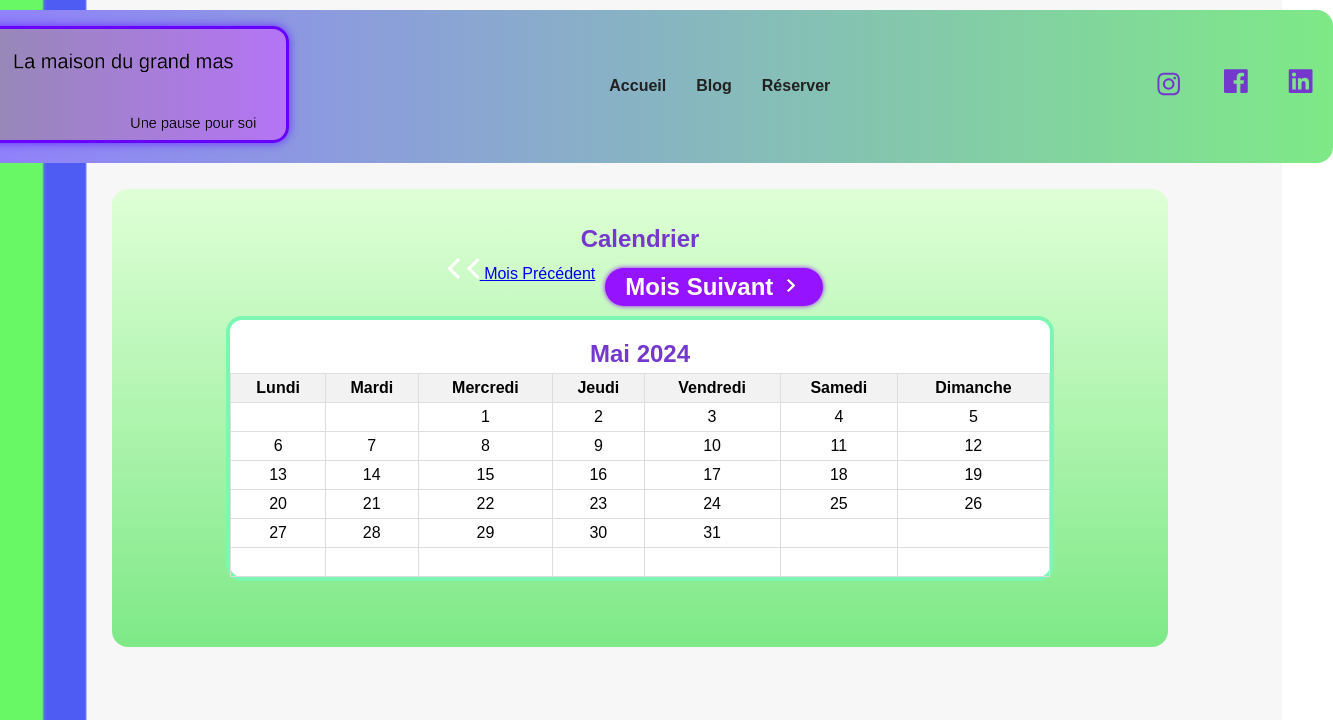
Repository: Crosnierpaul/Les_Rangers_de_Pouvoir
Page: http://localhost/entretien
An editor plug-in stored every save of this project. The page is shown before and after the next save, followed by the edit.
The browser window is 1280 px wide. The page is 1333 px wide, so the pictures cover 1333 px, including what lies to the right of the window. The pictures show the whole page.
The page is served by the project's Node server (site/server.js). Other server files are loaded and not shown.

Above is the page before, as saved 2024-05-07 10:23:12.

### site/public/views/entretien.ejs
<!DOCTYPE html>
<html lang="fr">
<head>
    <meta charset="UTF-8">
    <meta name="viewport" content="width=device-width, initial-scale=1.0">
    <link rel="stylesheet" href="css/entretien.css">
    <link rel="stylesheet" href="css/style.css">
    <title>Calendrier</title>
</head>
<body>
    <%- include('navbar') %>

    <section>
        <h1>Calendrier</h1>

        <div class="btn-section">

              <div class="btn-containerleft" onclick="prevMonth()">
                <a class="btn-contentleft" href="#">
                    <span class="icon-arrowleft"></span>

                        <svg width="33px" height="21px" viewBox="0 0 66 43" version="1.1" xmlns="http://www.w3.org/2000/svg" xmlns:xlink="http://www.w3.org/1999/xlink">
                            <g id="arrow" stroke="none" stroke-width="1" fill="none" fill-rule="evenodd">
                                <path id="arrow-icon-one" d="M25.8456067,3.89485454 L22.0236851,0.139296592 C21.8291689,-0.0518420739 21.5173671,-0.0518571125 21.3228325,0.139262789 L0.308386581,20.7848311 C-0.0855800613,21.1718824 -0.0911862566,21.8050225 0.295865025,22.1989893 C0.299981196,22.2031791 0.304134271,22.2073326 0.308323769,22.2114492 L21.322902,42.8607841 C21.5174043,43.0519059 21.8291758,43.0519358 22.0237147,42.8608513 L25.8454814,39.1069479 C26.0424848,38.9134427 26.0453207,38.5968729 25.8518155,38.3998695 C25.8497107,38.3977268 25.8475868,38.395603 25.8454438,38.3934985 L9.0062211,21.8567812 C8.80919724,21.6632968 8.80632797,21.3467273 8.99981237,21.1497035 C9.00193532,21.1475418 9.00407769,21.1453995 9.00623949,21.1432767 L25.8454792,4.60825197 C26.0425131,4.41477773 26.0453987,4.09820839 25.8519244,3.90117456 C25.8498374,3.89904911 25.8477314,3.89694235 25.8456067,3.89485454 Z" fill="#FFFFFF"></path>
                                <path id="arrow-icon-two" d="M45.8456067,3.89485454 L42.0236851,0.139296592 C41.8291689,-0.0518420739 41.5173671,-0.0518571125 41.3228325,0.139262789 L20.3083866,20.7848311 C19.9144199,21.1718824 19.9088137,21.8050225 20.295865,22.1989893 C20.2999812,22.2031791 20.3041343,22.2073326 20.3083238,22.2114492 L41.322902,42.8607841 C41.5174043,43.0519059 41.8291758,43.0519358 42.0237147,42.8608513 L45.8454814,39.1069479 C46.0424848,38.9134427 46.0453207,38.5968729 45.8518155,38.3998695 C45.8497107,38.3977268 45.8475868,38.395603 45.8454438,38.3934985 L29.0062211,21.8567812 C28.8091972,21.6632968 28.806328,21.3467273 28.9998124,21.1497035 C29.0019353,21.1475418 29.0040777,21.1453995 29.0062395,21.1432767 L45.8454792,4.60825197 C46.0425131,4.41477773 46.0453987,4.09820839 45.8519244,3.90117456 C45.8498374,3.89904911 45.8477314,3.89694235 45.8456067,3.89485454 Z" fill="#FFFFFF"></path>
                                <path id="arrow-icon-three" d="M65.8456067,3.89485454 L62.0236851,0.139296592 C61.8291689,-0.0518420739 61.5173671,-0.0518571125 61.3228325,0.139262789 L40.3083866,20.7848311 C39.9144199,21.1718824 39.9088137,21.8050225 40.295865,22.1989893 C40.2999812,22.2031791 40.3041343,22.2073326 40.3083238,22.2114492 L61.322902,42.8607841 C61.5174043,43.0519059 61.8291758,43.0519358 62.0237147,42.8608513 L65.8454814,39.1069479 C66.0424848,38.9134427 66.0453207,38.5968729 65.8518155,38.3998695 C65.8497107,38.3977268 65.8475868,38.395603 65.8454438,38.3934985 L49.0062211,21.8567812 C48.8091972,21.6632968 48.806328,21.3467273 48.9998124,21.1497035 C49.0019353,21.1475418 49.0040777,21.1453995 49.0062395,21.1432767 L65.8454792,4.60825197 C66.0425131,4.41477773 66.0453987,4.09820839 65.8519244,3.90117456 C65.8498374,3.89904911 65.8477314,3.89694235 65.8456067,3.89485454 Z" fill="#FFFFFF"></path>
                            </g>
                        </svg>
                    </span>
                    <span class="btn-title">Mois Précédent</span>
                </a>
            </div>
             <div class="btn-container" onclick="nextMonth()"">
                <a class="btn-content" href="#">
                  <span class="btn-title">Mois Suivant</span>
                  <span class="icon-arrow">
                    <svg width="33px" height="21px" viewBox="0 0 66 43" version="1.1" xmlns="http://www.w3.org/2000/svg" xmlns:xlink="http://www.w3.org/1999/xlink">
                      <g id="arrow" stroke="none" stroke-width="1" fill="none" fill-rule="evenodd">
                        <path id="arrow-icon-one" d="M40.1543933,3.89485454 L43.9763149,0.139296592 C44.1708311,-0.0518420739 44.4826329,-0.0518571125 44.6771675,0.139262789 L65.6916134,20.7848311 C66.0855801,21.1718824 66.0911863,21.8050225 65.704135,22.1989893 C65.7000188,22.2031791 65.6958657,22.2073326 65.6916762,22.2114492 L44.677098,42.8607841 C44.4825957,43.0519059 44.1708242,43.0519358 43.9762853,42.8608513 L40.1545186,39.1069479 C39.9575152,38.9134427 39.9546793,38.5968729 40.1481845,38.3998695 C40.1502893,38.3977268 40.1524132,38.395603 40.1545562,38.3934985 L56.9937789,21.8567812 C57.1908028,21.6632968 57.193672,21.3467273 57.0001876,21.1497035 C56.9980647,21.1475418 56.9959223,21.1453995 56.9937605,21.1432767 L40.1545208,4.60825197 C39.9574869,4.41477773 39.9546013,4.09820839 40.1480756,3.90117456 C40.1501626,3.89904911 40.1522686,3.89694235 40.1543933,3.89485454 Z" fill="#FFFFFF"></path>
                        <path id="arrow-icon-two" d="M20.1543933,3.89485454 L23.9763149,0.139296592 C24.1708311,-0.0518420739 24.4826329,-0.0518571125 24.6771675,0.139262789 L45.6916134,20.7848311 C46.0855801,21.1718824 46.0911863,21.8050225 45.704135,22.1989893 C45.7000188,22.2031791 45.6958657,22.2073326 45.6916762,22.2114492 L24.677098,42.8607841 C24.4825957,43.0519059 24.1708242,43.0519358 23.9762853,42.8608513 L20.1545186,39.1069479 C19.9575152,38.9134427 19.9546793,38.5968729 20.1481845,38.3998695 C20.1502893,38.3977268 20.1524132,38.395603 20.1545562,38.3934985 L36.9937789,21.8567812 C37.1908028,21.6632968 37.193672,21.3467273 37.0001876,21.1497035 C36.9980647,21.1475418 36.9959223,21.1453995 36.9937605,21.1432767 L20.1545208,4.60825197 C19.9574869,4.41477773 19.9546013,4.09820839 20.1480756,3.90117456 C20.1501626,3.89904911 20.1522686,3.89694235 20.1543933,3.89485454 Z" fill="#FFFFFF"></path>
                        <path id="arrow-icon-three" d="M0.154393339,3.89485454 L3.97631488,0.139296592 C4.17083111,-0.0518420739 4.48263286,-0.0518571125 4.67716753,0.139262789 L25.6916134,20.7848311 C26.0855801,21.1718824 26.0911863,21.8050225 25.704135,22.1989893 C25.7000188,22.2031791 25.6958657,22.2073326 25.6916762,22.2114492 L4.67709797,42.8607841 C4.48259567,43.0519059 4.17082418,43.0519358 3.97628526,42.8608513 L0.154518591,39.1069479 C-0.0424848215,38.9134427 -0.0453206733,38.5968729 0.148184538,38.3998695 C0.150289256,38.3977268 0.152413239,38.395603 0.154556228,38.3934985 L16.9937789,21.8567812 C17.1908028,21.6632968 17.193672,21.3467273 17.0001876,21.1497035 C16.9980647,21.1475418 16.9959223,21.1453995 16.9937605,21.1432767 L0.15452076,4.60825197 C-0.0425130651,4.41477773 -0.0453986756,4.09820839 0.148075568,3.90117456 C0.150162624,3.89904911 0.152268631,3.89694235 0.154393339,3.89485454 Z" fill="#FFFFFF"></path>
                      </g>
                    </svg>
                  </span>
                </a>
              </div>
        </div>
        <div id="calendarContainer"></div>
        <div id="selectedContent"></div>
    </section>

    <script src="js/entretien.js"></script>
</body>
</html>

### site/public/css/entretien.css
.calendar {
    margin-bottom: 50px;
    width: 80%; /* Réduire la largeur du calendrier */
    margin-left: auto; /* Centrer le calendrier */
    margin-right: auto; /* Centrer le calendrier */
    background-color:#ffffff;
    border-radius: 1em;
    border: 4px solid #7bf7b3;
}

table {
    border-collapse: collapse;
    width: 100%;
}

th, td {
    border: 1px solid #dddddd;
    text-align: center;
    padding: 5px; /* Réduire l'espacement intérieur */
}

th {
    background-color: #f2f2f2;
}



td:hover {
    background-color: #f0f0f0; /* Couleur de fond lors du survol */
    cursor: pointer; /* Changement de curseur pour indiquer qu'il est cliquable */
}

td.selected {
    background-color: #c99aff; /* Couleur de fond grise pour les cellules sélectionnées */
    cursor: default; /* Désactiver le changement de curseur */
}

p {
    text-align: center;
}

section {
    margin: 1em auto; /* Centrer la section */
    max-width: 80%; /* Réduire la largeur maximale */
    --background: linear-gradient(to bottom, #dfffd6 0%, #7ee987 100%);
    background: var(--background);
    border-radius: 1em;
    padding: 1em;
}

.btn-section {
    display: flex;
    justify-content: center;
}

.btn-container {
    margin-left: 10px;
    margin-right: 10px;
    margin-top: 10px;
    margin-bottom: 10px;
    --color-text: #ffffff;
    --color-background: #9513ff;
    --color-outline: #9514ff80;
    --color-shadow: #00000080;
  }

  .btn-content {
    display: flex;
    align-items: center;
    padding: 5px 20px;
    text-decoration: none;
    font-family: 'Poppins', sans-serif;
    font-weight: 600;
    font-size: 24px;
    color: var(--color-text);
    background: var(--color-background);
    transition: 1s;
    border-radius: 100px;
    box-shadow: 0 0 0.2em 0 var(--color-background);
  }

  .btn-content:hover, .btn-content:focus {
    transition: 0.5s;
    -webkit-animation: btn-content 1s;
    animation: btn-content 1s;
    outline: 0.1em solid transparent;
    outline-offset: 0.2em;
    box-shadow: 0 0 0.4em 0 var(--color-background);
  }

  .btn-content .icon-arrow {
    transition: 0.5s;
    margin-right: 0px;
    transform: scale(0.6);
  }

  .btn-content:hover .icon-arrow {
    transition: 0.5s;
    margin-right: 25px;
  }

  .icon-arrow {
    width: 20px;
    margin-left: 10px;
    position: relative;
    top: 6%;
  }

  /* SVG */
  #arrow-icon-one {
    transition: 0.4s;
    transform: translateX(-60%);
  }

  #arrow-icon-two {
    transition: 0.5s;
    transform: translateX(-30%);
  }

  .btn-content:hover #arrow-icon-three {
    animation: color_anim 1s infinite 0.2s;
  }

  .btn-content:hover #arrow-icon-one {
    transform: translateX(0%);
    animation: color_anim 1s infinite 0.6s;
  }

  .btn-content:hover #arrow-icon-two {
    transform: translateX(0%);
    animation: color_anim 1s infinite 0.4s;
  }
  /* left version */

  .btn-content {
    display: flex;
    align-items: center;
    padding: 5px 20px;
    text-decoration: none;
    font-family: 'Poppins', sans-serif;
    font-weight: 600;
    font-size: 24px;
    color: var(--color-text);
    background: var(--color-background);
    transition: 1s;
    border-radius: 100px;
    box-shadow: 0 0 0.2em 0 var(--color-background);
  }

  .btn-content:hover, .btn-content:focus {
    transition: 0.5s;
    -webkit-animation: btn-content 1s;
    animation: btn-content 1s;
    outline: 0.1em solid transparent;
    outline-offset: 0.2em;
    box-shadow: 0 0 0.4em 0 var(--color-background);
  }

  .btn-content .icon-arrow {
    transition: 0.5s;
    margin-right: 0px;
    transform: scale(0.6);
  }

  .btn-content:hover .icon-arrow {
    transition: 0.5s;
    margin-right: 25px;
  }

  .icon-arrow {
    width: 20px;
    margin-left: 10px;
    position: relative;
    top: 6%;
  }

  .btn-content:hover #arrow-icon-three {
    animation: color_anim 1s infinite 0.2s;
  }

  .btn-content:hover #arrow-icon-one {
    transform: translateX(0%);
    animation: color_anim 1s infinite 0.6s;
  }

  .btn-content:hover #arrow-icon-two {
    transform: translateX(0%);
    animation: color_anim 1s infinite 0.4s;
  }


  /* SVG animations */
  @keyframes color_anim {
    0% {
      fill: white;
    }

    50% {
      fill: var(--color-background);
    }

    100% {
      fill: white;
    }
  }

  /* Button animations */
  @-webkit-keyframes btn-content {
    0% {
      outline: 0.2em solid var(--color-background);
      outline-offset: 0;
    }
  }

  @keyframes btn-content {
    0% {
      outline: 0.2em solid var(--color-background);
      outline-offset: 0;
    }
  }

### site/public/css/navbar.css
.start-header {
	opacity: 1;
	transform: translateY(0);
	padding: 20px 0;
	box-shadow: 0 10px 30px 0 rgba(138, 155, 165, 0.15);
	-webkit-transition : all 0.3s ease-out;
	transition : all 0.3s ease-out;
}

.start-header.scroll-on {
	box-shadow: 0 5px 10px 0 rgba(138, 155, 165, 0.15);
	padding: 10px 0;
	-webkit-transition : all 0.3s ease-out;
	transition : all 0.3s ease-out;
}

.start-header.scroll-on .navbar-brand img{
	height: 24px;
	-webkit-transition : all 0.3s ease-out;
	transition : all 0.3s ease-out;
}

.navigation-wrap{
	position: fixed;
	width: 100%;
	top: 0;
	left: 0;
	z-index: 1000;
	-webkit-transition : all 0.3s ease-out;
	transition : all 0.3s ease-out;
}

.navbar {
    padding: 10px 0;
    display: flex;
    justify-content: center;
	margin-left: 1em;
  	margin-right: 1em;
}

.navbar-toggler {
	float: right;
	border: none;
	padding-right: 0;
	padding-left: 0;
}

.navbar-toggler:active,
.navbar-toggler:focus {
	outline: none;
}

.navbar-light .navbar-toggler-icon {
	width: 24px;
	height: 17px;
	background-image: none;
	position: relative;
	border-bottom: 1px solid #000;
    transition: all 300ms linear;
}

.navbar-light .navbar-toggler-icon:after,
.navbar-light .navbar-toggler-icon:before{
	width: 24px;
	position: absolute;
	height: 1px;
	background-color: #000;
	top: 0;
	left: 0;
	content: '';
	z-index: 2;
    transition: all 300ms linear;
}

.navbar-light .navbar-toggler-icon:after{
	top: 8px;
}

.navbar-toggler[aria-expanded="true"] .navbar-toggler-icon:after {
	transform: rotate(45deg);
}

.navbar-toggler[aria-expanded="true"] .navbar-toggler-icon:before {
	transform: translateY(8px) rotate(-45deg);
}

.navbar-toggler[aria-expanded="true"] .navbar-toggler-icon {
	border-color: transparent;
}

.nav-link{
	color: #212121 !important;
	font-weight: 500;
    transition: all 200ms linear;
}

.nav-item.active .nav-link{
	color: #7439cc  !important;
}

/* LIGNE SOUS LIEN APRES SOURIS DESSUS */

.nav-link {
	position: relative;
	padding: 5px 0 !important;
	display: inline-block;
}

.nav-item:after {
	position: absolute;
	bottom: -5px;
	left: 0;
	width: 100%;
	height: 2px;
	content: '';
	background-color: #7439cc ;
	opacity: 0;
    transition: all 200ms linear;
}

/* FIN LIGNE SOUS LIEN */

.nav-item:hover:after{
	bottom: 0;
	opacity: 1;
}

.nav-item.active:hover:after{
	opacity: 0;
}

.nav-item {
    position: relative;
    transition: all 200ms linear;
    padding: 1em;
    text-align: center;
}

/* .nav-item.active .nav-link {
    color: #007bff; /* Changez cette couleur pour mettre en évidence l'élément actif
} */

.navbar-brand {
    margin-right: auto;
    margin-left: auto;
}

/* Ajoutez ces styles pour supprimer les puces des éléments li */
.navbar-nav {
    display: flex;
    justify-content: center;
    align-items: center;
    padding-left: 0; /* Supprime le décalage à gauche de la liste */
}

.navbar-nav .nav-item {
    padding: 0 15px;
    list-style: none; /* Supprime les puces */
}

.navbar-nav .nav-link {
    color: #212121 !important;
    font-weight: 500;
    transition: all 200ms linear;
}

.navbar-nav .nav-item:hover .nav-link {
    color: #7439cc !important;
}

/* Modifiez les styles des liens de navigation pour ressembler à du texte normal */
.nav-link {
    color: #212121 !important;
    font-weight: 500;
    transition: all 200ms linear;
    text-decoration: none; /* Supprime le soulignement par défaut des liens */
    cursor: pointer; /* Change le curseur en pointeur au survol */
}

.container {
	--background: linear-gradient(to right, #917dff 0%, #7ee987 100%);
    margin: 0px;
	min-height: 15vh;
	max-width: max-content;
	background: var(--background);
	border-radius: 1em;
}

.purple {
	color: #7439cc;
}

#logo {
	width: 20em;
	border: 3.5px solid #6600ff;
	border-radius: 1em;
	margin-left:  1em;
	margin-right: 19.1em;
	--background: linear-gradient(to right, #948ab1 0%, #b574f6 100%);
	background: var(--background);
	box-shadow: 0 0 10px 0 rgb(106, 43, 255);
}

#liLogo {
    list-style: none;
}

.nav-item.active:after {
	position: absolute;
	bottom: 0;
	left: 0;
	width: 100%;
	height: 2px;
	content: '';
	background-color: #7439cc ;
	opacity: 1;
}

.rs {
	margin-left: 18em;
	display: inherit;
}

.rs .nav-item {
	margin-left: 5px;
	margin-right: 5px;
}

/* Styles pour les écrans plus petits que 768px */
@media (max-width: 1000px) {
    .navbar {
        flex-direction: column; /* Afficher les éléments de la navbar en colonne */
        align-items: center; /* Centrer les éléments */
    }

    .navbar-nav {
        flex-direction: column; /* Afficher les éléments de la navbar en colonne */
        align-items: center; /* Centrer les éléments */
    }

    .navbar-toggler {
        order: -1; /* Mettre le bouton de bascule en haut */
        margin-bottom: 10px; /* Ajouter un espace entre le bouton de bascule et les liens */
    }

    .rs {
        margin-left: 0; /* Réinitialiser la marge pour les icônes de réseaux sociaux */
        text-align: center; /* Centrer les icônes de réseaux sociaux */
    }
}

/*Styles pour les écrans plus petits que 576px */
@media (max-width: 576px) {
    .navbar-brand {
        margin: 0; /* Réinitialiser la marge pour le logo */
    }

    #logo {
        width: 98.3%; /* Faire en sorte que le logo occupe toute la largeur */
        margin: 0; /* Réinitialiser la marge */
    }

    .rs {
        display: flex; /* Afficher les icônes de réseaux sociaux en ligne */
        justify-content: center; /* Centrer les icônes de réseaux sociaux */
    }

    .rs .nav-item {
        margin: 0 5px; /* Ajouter un espacement horizontal entre les icônes de réseaux sociaux */
    }
}

.tel {
	margin-top: 5px;
}

Loaded but not shown: site/public/js/entretien.js (191 lines, source omitted); site/server.js (72 lines, source omitted); site/public/views/navbar.ejs (81 lines, source omitted); site/public/css/style.css (342 lines, source omitted)

After the next save:
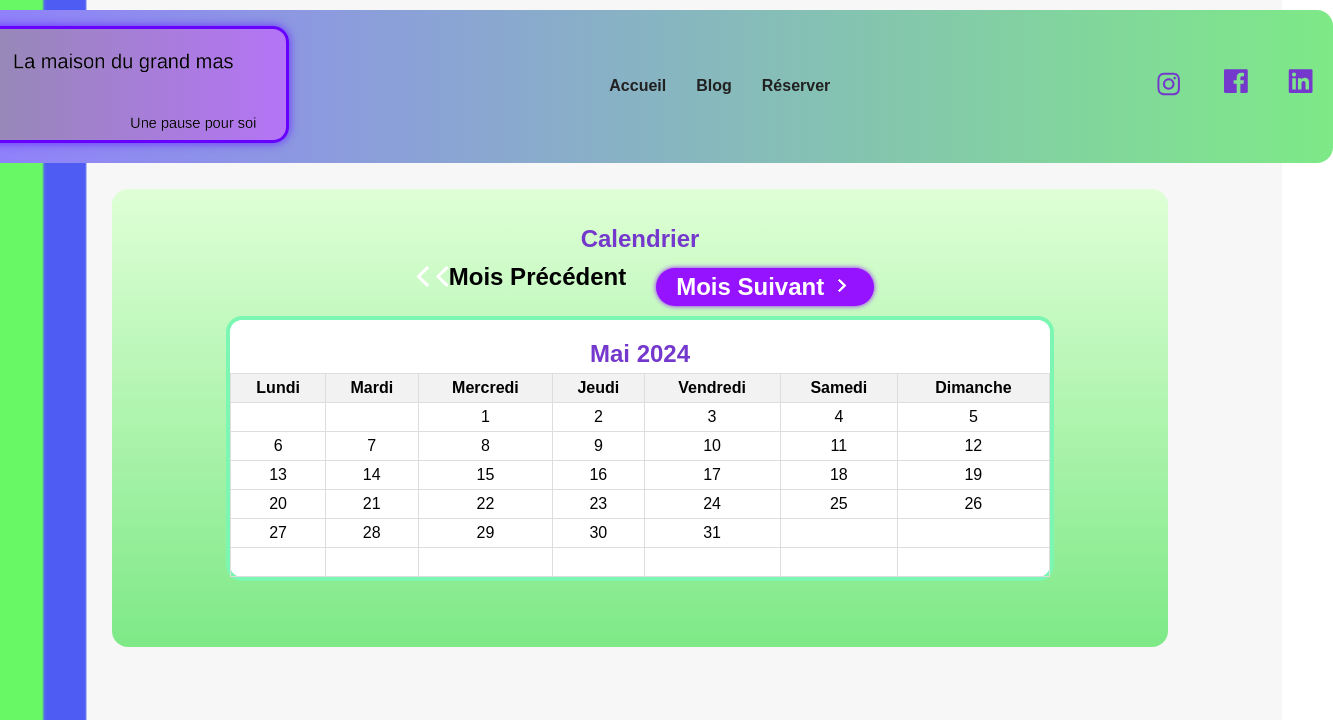
Saved 13 s later.
--- a/site/public/css/entretien.css
+++ b/site/public/css/entretien.css
@@ -132,7 +132,7 @@ section {
   }
   /* left version */
 
-  .btn-content {
+  .btn-contentleft {
     display: flex;
     align-items: center;
     padding: 5px 20px;
